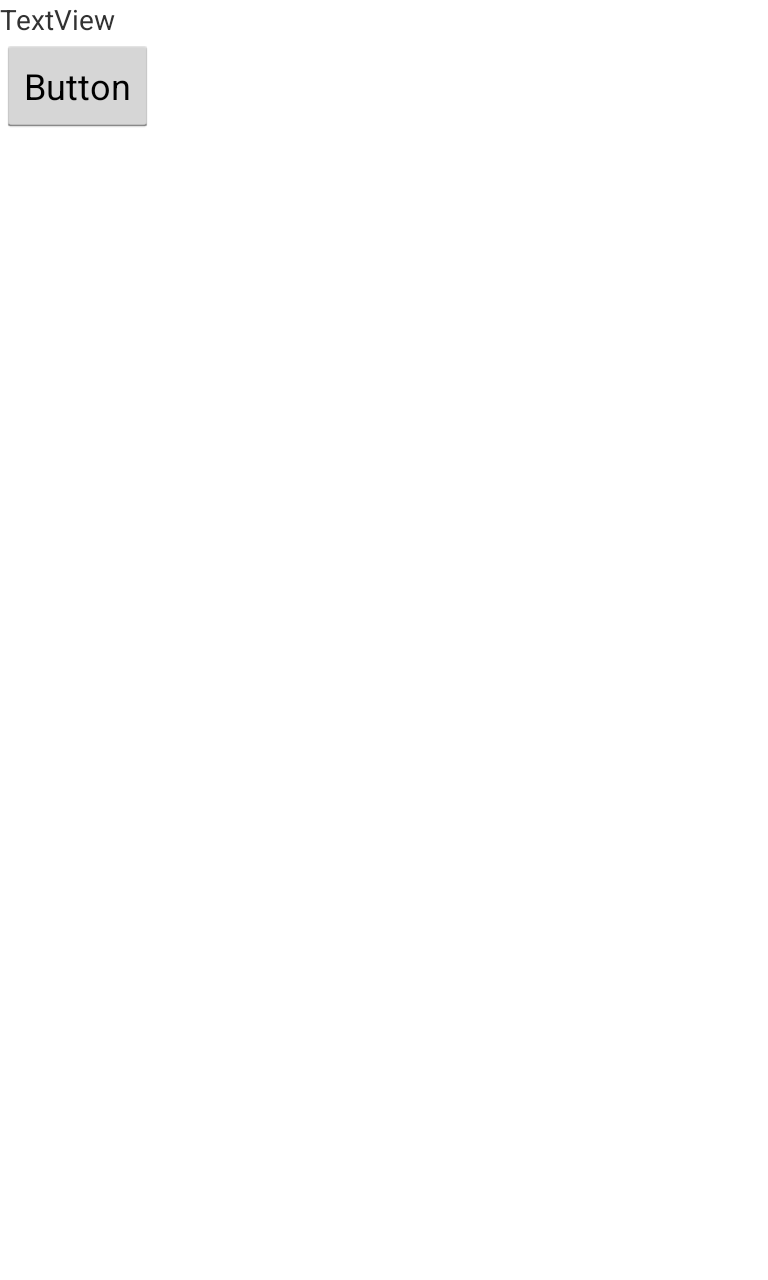
Repository: nbeguesse/android-workspace
Layout: CriminalIntent/res/layout/crime_list.xml
An editor plug-in stored every save of this project. The layout is shown before and after the next save, followed by the edit.
It is drawn on a 768 x 1280 px phone screen (xhdpi) without system bars, with theme AppTheme; the app's code is not run. Lists and similar views that code fills are empty.

Above is the layout before, as saved 2014-09-09 03:22:16.

### CriminalIntent/res/layout/crime_list.xml
<?xml version="1.0" encoding="utf-8"?>
<LinearLayout xmlns:android="http://schemas.android.com/apk/res/android"
    android:layout_width="match_parent"
    android:layout_height="match_parent"
    android:orientation="vertical" >

    <ListView
        android:id="@+id/listView"
        android:layout_width="match_parent"
        android:layout_height="wrap_content" >
    </ListView>

    <LinearLayout
        android:id="@+id/emptyView"
        android:layout_width="match_parent"
        android:layout_height="wrap_content"
        android:orientation="vertical" >

        <TextView
            android:id="@+id/textView1"
            android:layout_width="wrap_content"
            android:layout_height="wrap_content"
            android:text="TextView" />

        <Button
            android:id="@+id/button1"
            android:layout_width="wrap_content"
            android:layout_height="wrap_content"
            android:text="Button" />

    </LinearLayout>

</LinearLayout>

### CriminalIntent/res/values/strings.xml
<?xml version="1.0" encoding="utf-8"?>
<resources>

    <string name="app_name">CriminalIntent</string>
    <string name="action_settings">Settings</string>
    <string name="crime_title_hint">Enter a title for the crime.</string>
    <string name="crime_title_label">Title</string>
    <string name="crime_details_label">Details</string>
    <string name="crime_solved_label">Solved?</string>
    <string name="crimes_title">Crimes</string>
    <string name="new_crime">New Crime</string>
    <string name="show_subtitle">Show Subtitle</string>
    <string name="hide_subtitle">Hide Subtitle</string>
    <string name="subtitle">If you see something, say something.</string>
    <string name="delete_crime">Delete</string>
    <string name="no_crimes_found">No Crimes Found.</string>

</resources>

Loaded but not shown: CriminalIntent/res/values/styles.xml (common file); CriminalIntent/res/values-v11/styles.xml (common file); CriminalIntent/res/values-v14/styles.xml (common file)

After the next save:
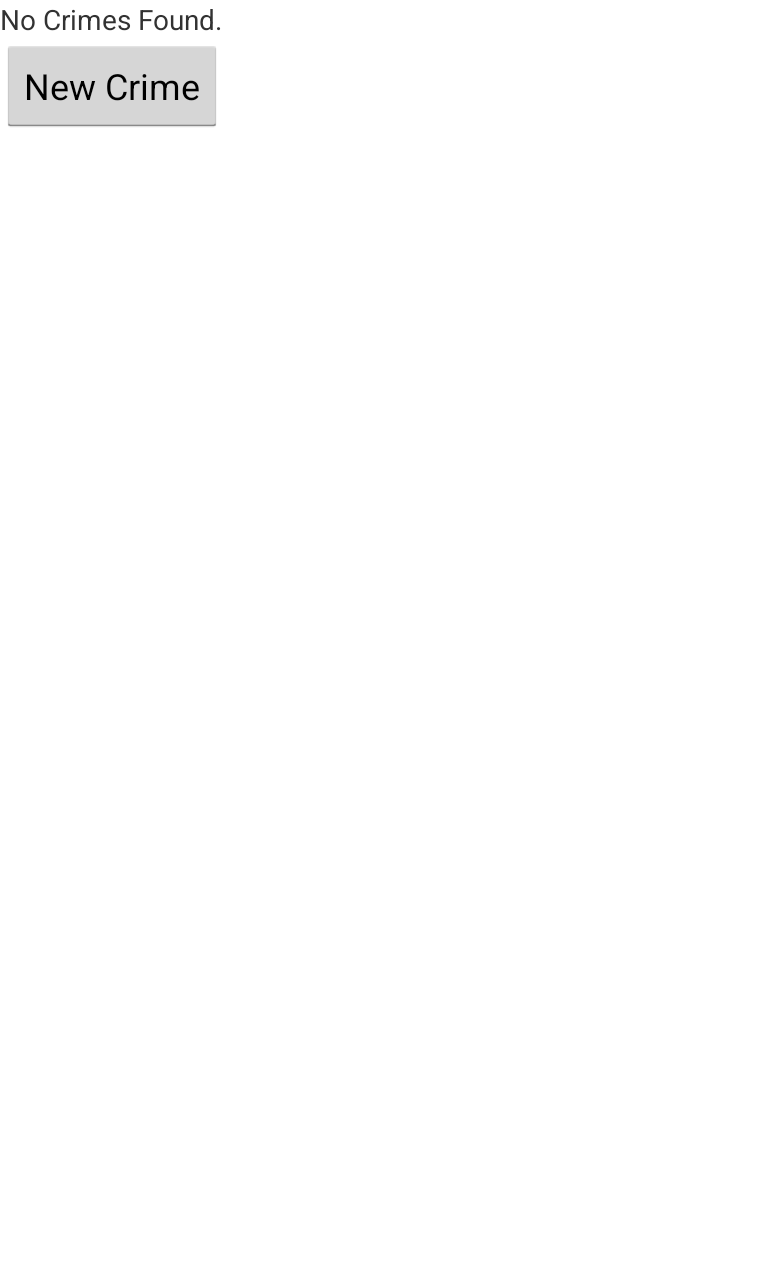
Saved 35 s later.
--- a/CriminalIntent/res/layout/crime_list.xml
+++ b/CriminalIntent/res/layout/crime_list.xml
@@ -20,13 +20,13 @@
             android:id="@+id/textView1"
             android:layout_width="wrap_content"
             android:layout_height="wrap_content"
-            android:text="TextView" />
+            android:text="@string/no_crimes_found" />
 
         <Button
             android:id="@+id/button1"
             android:layout_width="wrap_content"
             android:layout_height="wrap_content"
-            android:text="Button" />
+            android:text="@string/new_crime" />
 
     </LinearLayout>
 
